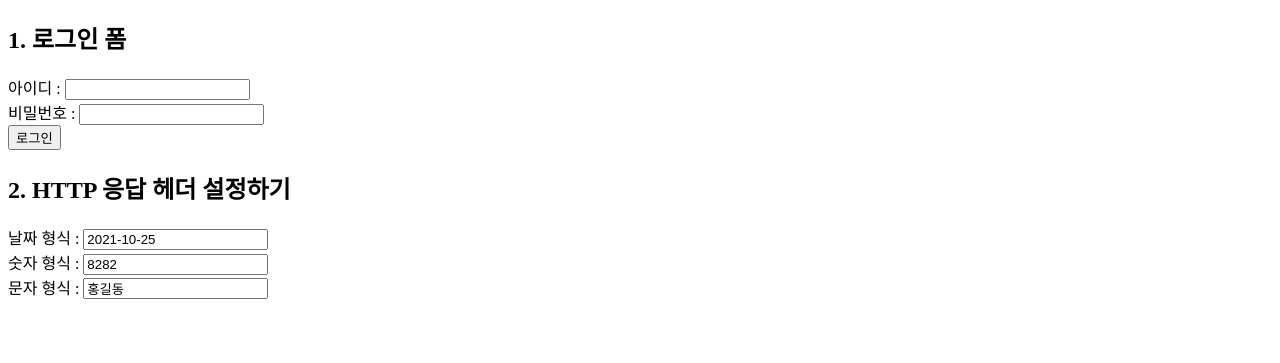
Repository: kimjaewoo2233/JSP_Summary
Page: http://localhost/lec_test/02ImplicitObject/ResponseMain.jsp
These files come from the project's save history. The page is drawn as it stood at one moment and after the next save; the edit follows.
The browser window is 1280 px wide. The pictures show the whole page.
The page is served by Tomcat 9. Other server files are loaded and not shown.

Above is the page before, as saved 2022-03-03 07:42:43.

### lec_test/src/main/webapp/02ImplicitObject/ResponseMain.jsp
<%@ page language="java" contentType="text/html; charset=EUC-KR"
    pageEncoding="EUC-KR"%>
<!DOCTYPE html>
<html>
<head>
<meta charset="EUC-KR">
<title>내장 객체 - Response</title>
</head>
<body>
	<h2>1. 로그인 폼</h2>
	<%
		String loginErr = request.getParameter("loginErr");
		if(loginErr != null)
			out.print("로그인 실패");
	%>
	<form action="./ResponseLogin.jsp" method="post">
		아이디 : <input type="text" name="user_id"/><br/>
		비밀번호 : <input type="password" name="password"/><br/>
		<input type="submit" value="로그인"/>
	</form>
	<h2>2. HTTP 응답 헤더 설정하기</h2>
	<form action = "./ResponseHeader.jsp" method="get">
		 날짜 형식 : <input type="text" name="add_date" value="2021-10-25"/><br/>
		 숫자 형식 : <input type="text" name="add_int" value="8282"/><br/>
		 문자 형식 : <input type="text" name="add_str" value="홍길동"/><br/>
	</form>
</body>
</html>

After the next save:
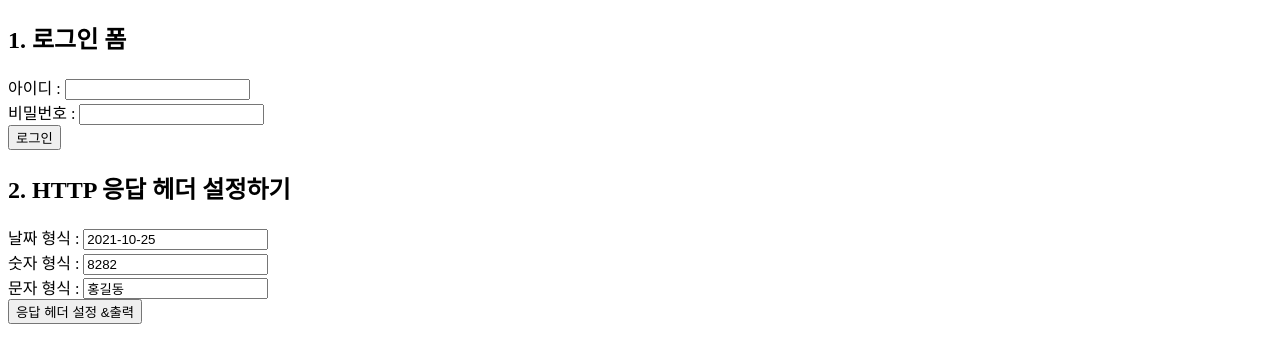
Saved 30 s later.
--- a/lec_test/src/main/webapp/02ImplicitObject/ResponseMain.jsp
+++ b/lec_test/src/main/webapp/02ImplicitObject/ResponseMain.jsp
@@ -23,6 +23,7 @@
 		 날짜 형식 : <input type="text" name="add_date" value="2021-10-25"/><br/>
 		 숫자 형식 : <input type="text" name="add_int" value="8282"/><br/>
 		 문자 형식 : <input type="text" name="add_str" value="홍길동"/><br/>
+		 <input type="submit" value="응답 헤더 설정 &출력"/>
 	</form>
 </body>
 </html>
